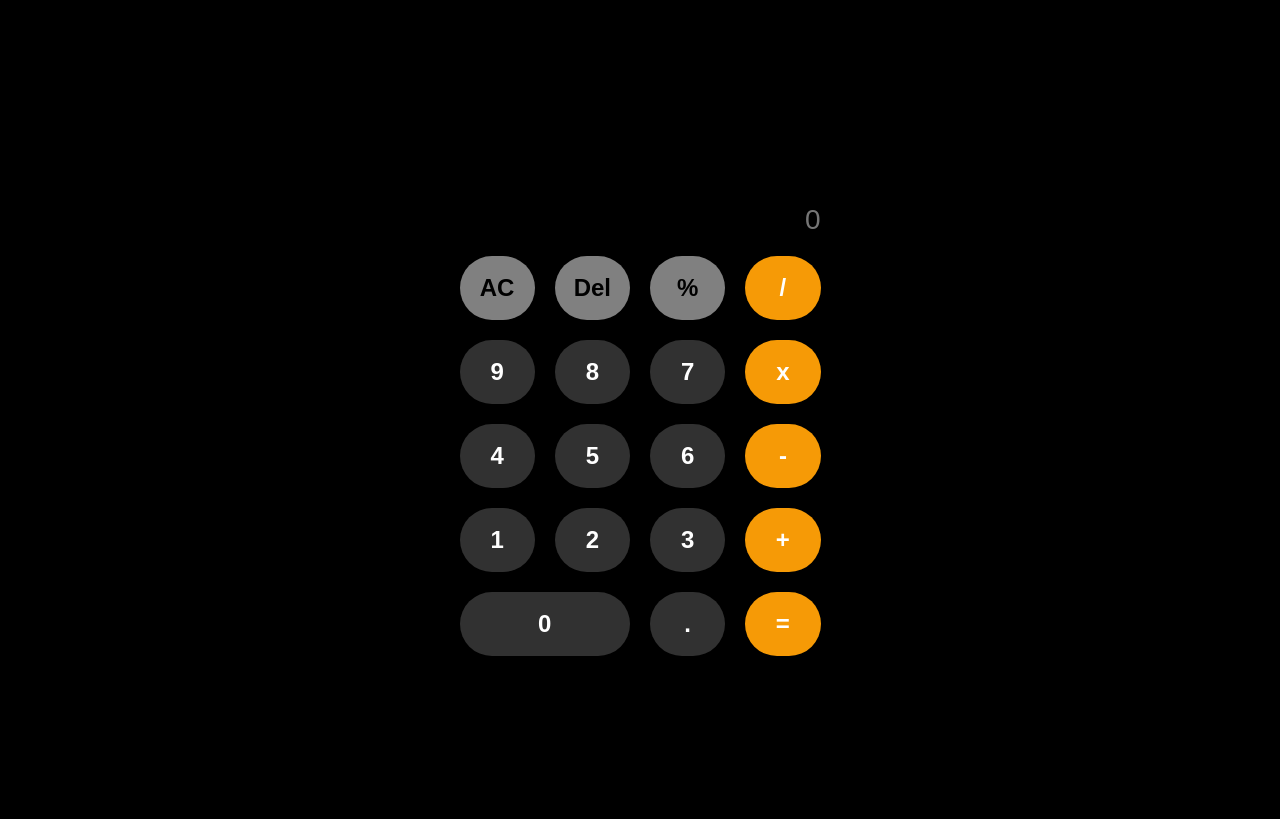
Repository: ble-syn/reactCalculator
Page: /
These files come from the project's save history. The page is drawn as it stood at one moment and after the next save; the edit follows.
The browser window is 1280 px wide. The pictures show the whole page.
The project was rebuilt for these pictures with package versions that can differ from the ones it lists, and the page was loaded fresh each time.

Above is the page before, as saved 2022-10-06 20:49:21.

### src/index.css
*{
  margin: 0;
  box-sizing: border-box;
}

body{
  display: flex;
  justify-content: center;
  align-items: center;
  flex-direction: column;
  background-color: #000;
  color: #fff;
  margin: 12% auto;
}
.container {
  max-width: 1200px;
  padding: 10px;
}
#calculator-display {
  border: none;
  width: 100%;
  text-align: right;
  font-size: 28px;
  padding: 50px 10px 10px;
  color: #fff;
  background-color: #000;
}

.calculator-keys{
  display: grid;
  grid-template-columns: repeat(4, 1fr);
  grid-gap: 20px;
  margin: 10px;
}
button {
  padding: 18px 15px;
  display: grid;
  place-items: center;

  outline: none;
  border-radius: 50px;
  font-weight: 700;
  border: none;
  color: #fff;
  background-color: #313131;
  font-size: 24px;
  cursor: pointer;
}
.zero {
  grid-column: 1/3;
}
.gray {
  background-color: gray;
  color: #000;
}
.yellow {
  background-color: #F69A06;
}

### src/App.js
import {useState} from "react";

function App() {
  const [numDisplay, setNumDisplay] = useState("")

const numClick = (event) => {
      event.preventDefault()
      let value = event.target.value
      setNumDisplay(numDisplay + value)
}


const deleteNum = () => {
  setNumDisplay(numDisplay.slice(0, -1))
}
const reset = () => {
  setNumDisplay("")
}
const percent = () => {
  setNumDisplay(numDisplay / 100)
}
const equals = () => {
  setNumDisplay(eval(numDisplay))
}

  return (
    <main id="container">
      <div class="calculator">
          <div><input id="calculator-display" type="text" placeholder="0" value={numDisplay} /></div>

          <div class="calculator-keys">
              <button onClick={reset} value=" " class="gray">AC</button>
              <button onClick={deleteNum} value="" class="gray">Del</button>
              <button onClick={percent} value="%" class="gray">%</button>
              <button onClick={numClick} value="/" class="yellow">/</button>
              <button onClick={numClick} value="9">9</button>
              <button onClick={numClick} value="8">8</button>
              <button onClick={numClick} value="7" >7</button>
              <button onClick={numClick} value="*" class="yellow">x</button>
              <button onClick={numClick} value="4">4</button>
              <button onClick={numClick} value="5">5</button>
              <button onClick={numClick} value="6">6</button>
              <button onClick={numClick} value="-" class= "yellow">-</button>
              <button onClick={numClick} value="1">1</button>
              <button onClick={numClick} value="2">2</button>
              <button onClick={numClick} value="3">3</button>
              <button onClick={numClick} value="+" class="yellow">+</button>
              <button onClick={numClick} value="0" class="zero" >0</button>
              <button onClick={numClick} value="." data-action="decimal">.</button>
              <button onClick={equals} value="=" class="yellow">=</button>
          </div>
      </div>
    </main>
  )
}

export default App;

Loaded but not shown: public/index.html (common file); src/index.js (common file); src/reportWebVitals.js (common file)

After the next save:
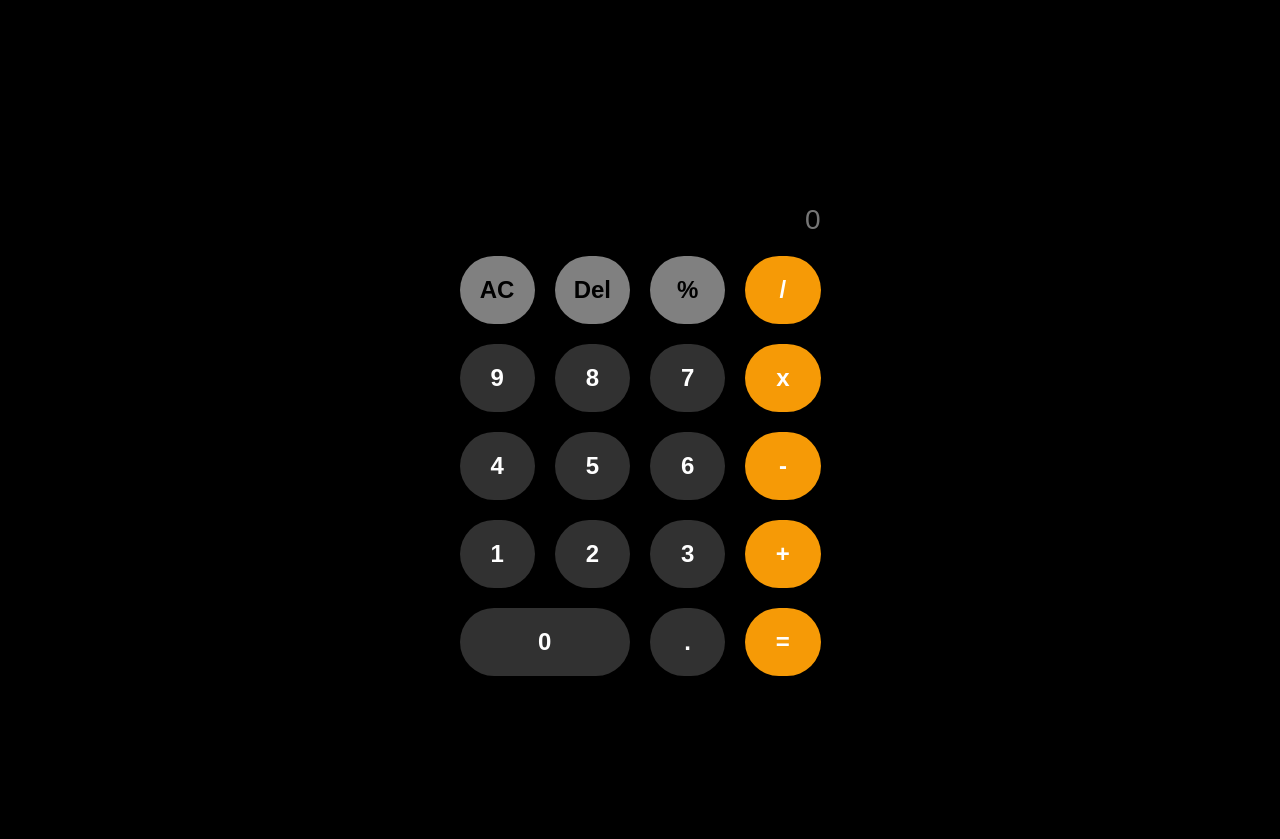
Saved 5 min 33 s later.
--- a/src/index.css
+++ b/src/index.css
@@ -33,10 +33,9 @@ body{
   margin: 10px;
 }
 button {
-  padding: 18px 15px;
+  padding: 20px 15px;
   display: grid;
   place-items: center;
-
   outline: none;
   border-radius: 50px;
   font-weight: 700;
